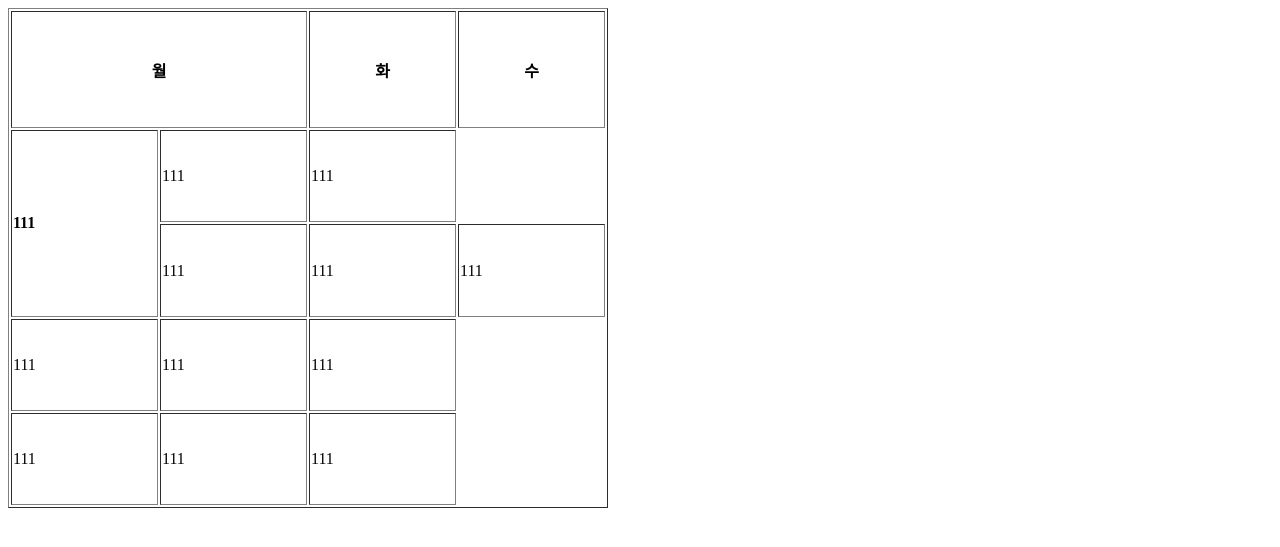
Repository: cleangggg/front
Page: html/ex06.html
An editor plug-in stored every save of this project. The page is shown before and after the next save, followed by the edit.
The browser window is 1280 px wide. The pictures show the whole page.

Above is the page before, as saved 2023-05-22 04:54:22.

### html/ex06.html
<!DOCTYPE html>
<html>
<head>
<meta charset="UTF-8">
<title>Insert title here</title>
</head>
<body>
<table border = "1" height = "500" width = "600">
		<tr >
			<th colspan="2">월</th> <th>화</th> <th>수</th>
		</tr>
		<tr>
			<td rowspan="2"><b>111</b></td> <td>111</td> <td>111</td>
		</tr>
		<tr>
			<td>111</td> <td>111</td> <td>111</td>
		</tr>
		<tr>
			<td>111</td> <td>111</td> <td>111</td>
		</tr>
		<tr>
			<td>111</td> <td>111</td> <td>111</td>
		</tr>

	</table>

</body>
</html>

After the next save:
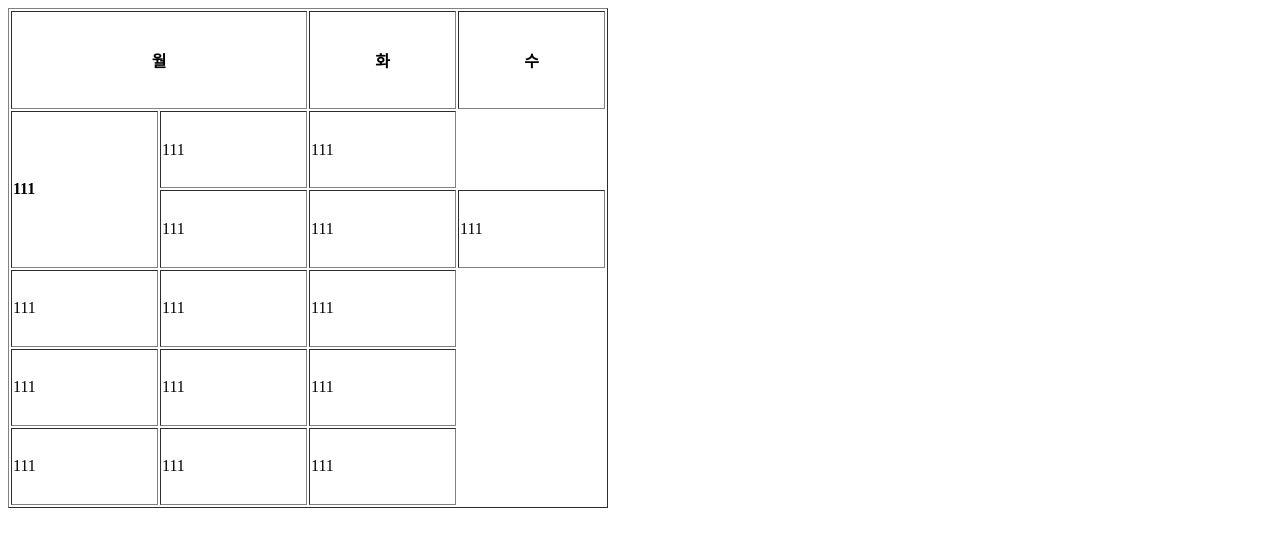
Saved 3 s later.
--- a/html/ex06.html
+++ b/html/ex06.html
@@ -21,6 +21,9 @@
 		<tr>
 			<td>111</td> <td>111</td> <td>111</td>
 		</tr>
+		<tr>
+			<td>111</td> <td>111</td> <td>111</td>
+		</tr>
 
 	</table>
 
